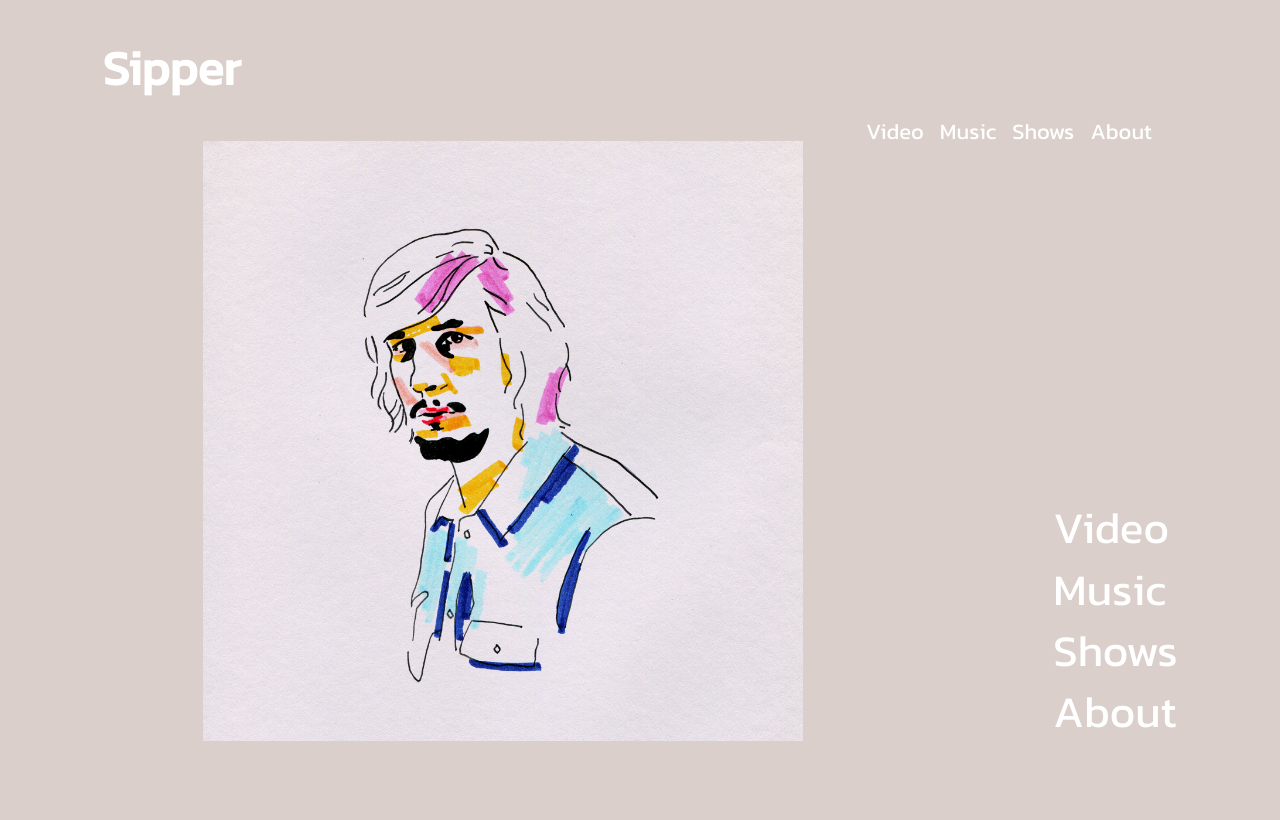
Repository: KrystellBarraza/SipperNYC
Page: home.html
These files come from the project's save history. The page is drawn as it stood at one moment and after the next save; the edit follows.
The browser window is 1280 px wide. The pictures show the whole page.
Some web libraries are served in a nearby version.

Above is the page before, as saved 2019-08-16 23:26:32.

### home.html
<!DOCTYPE html>
    <head>
        <meta charset="utf-8">
        <meta http-equiv="X-UA-Compatible" content="IE=edge">
        <title>Sipper</title>
        <meta name="description" content="Wholesome and intrinsically delicate, SIPPER is an NYC based band who wants nothing more than to make you enjoy whatever they put out.">
        <meta name="viewport" content="width=device-width, initial-scale=1">
        <script src="https://kit.fontawesome.com/0942df55aa.js"></script>
        <script src="https://ajax.googleapis.com/ajax/libs/jquery/3.4.1/jquery.min.js"></script>
        <link rel="stylesheet" href="https://ajax.googleapis.com/ajax/libs/jqueryui/1.12.1/themes/smoothness/jquery-ui.css">
        <script src="https://ajax.googleapis.com/ajax/libs/jqueryui/1.12.1/jquery-ui.min.js"></script>
        <link href="https://fonts.googleapis.com/css?family=Kanit&display=swap" rel="stylesheet">
        <link rel="stylesheet" href="style.css">
        <link rel="stylesheet" href="venobox/venoboxcopy.css" type="text/css" media="screen">
    </head>
    <body>

        <div class="container-home">
            <div class="head">
                <header>
                    <h1><a href="home.html">Sipper</a></h1>

                    <div id="toggleText">
                        <p class="menuToggle Open placeHolder"></p>
                        <p class="menuToggle Close" style="color: #FFF;"></p>
                    </div>

                    <div id="menu">
                        <ul id="hiddenMenu">
                            <li><a href="#video">Video</a></li>
                            <li><a href="#music">Music</a></li>
                            <li><a href="#shows">Shows</a></li>
                            <li><a href="#about">About</a></li>
                        </ul>
                    </div>

                    <div class="inlineMenu">
                        <a href="#video">Video</a>
                        <a href="#music">Music</a>
                        <a href="#shows">Shows</a>
                        <a href="#about">About</a>
                    </div>

                </header>
            </div>

            <div id="menu-container"></div>

            <div class="menu">
                <div class="flexbox-nav">
                    <nav class="side-Nav">
                        <li><a href="#video">Video</a></li>
                        <li><a href="#music">Music</a></li>
                        <li><a href="#shows">Shows</a></li>
                        <li><a href="#about">About</a></li>
                    </nav>
                </div>
            </div>

            <div class="album">
                <img src="images/albumcover.jpg">
            </div>

            <div class="footer"></div>

        </div>

        <script src="app.js" async defer></script>
        <script src="venobox/venobox.mincopy.js" async defer></script>
    </body>
</html>

### style.css
* {
    box-sizing: border-box;
}

html {
    scroll-behavior: smooth;
}

body {
    margin: 0;
    background-color: #dacfca;
}

p, li {
    font-family: 'Kanit', sans-serif;
}

p {
    font-size: 18px;
}

h1 {
    font-family: 'Kanit', sans-serif;
    color: #fff;
    font-size: 48px;
}

a {
    text-decoration: none;
    color: #fff;
}

/* Header */

.container-home {
    display: grid;
    grid-template-columns: repeat(12, 1fr);
    grid-template-rows: auto 2fr 1fr;
    grid-gap: 5px;
    grid-column-gap: 20px;
    padding-left: 8%;
    padding-right: 8%;
    grid-template-areas:
    "h h h h h h h h h h h h"
    "c c c c c c c c c m m m"
    "c c c c c c c c c m m m"
    "c c c c c c c c c m m m"
    "f f f f f f f f f f f f";
}

.head {
    grid-area: h;
}

.inlineMenu {
    font-family: 'Kanit', sans-serif;
    font-size: 22px;
    word-spacing: .5em;
    top: 16%;
    right: 10%;
    position: absolute;
}

@media (min-width: 566px) and (max-width: 569px) {
    .inlineMenu {
        top: 20%;
    }
}

/* Toggled Header Nav */

#toggleText {
    top: 5%;
    right: 10%;
    color: #fff;
    position: absolute;
    z-index: 10;
}

#menu-container {
    background-color: #03262f;
    position: absolute;
    width: 100%;
    left: 0%;
    height: 100vh;
    z-index: 6;
}

#menu {
    background-color: #03262f;
    position: absolute;
    top: 0%;
    left: 0%;
    width: 100%;
    height: 100vh;
    z-index: 7;
}

#hiddenMenu {
    position: absolute;
    top: 30%;
}

p.placeHolder {
    display: none;
}

p.Open:before {
    content: "Menu";
}

p.Close:before {
    content: "Close";
}

ul {
    list-style: none;
}

li {
    font-size: 44px;
    line-height: 46pt;
}

/* Toggled Menu Media Queries */

@media only screen and (max-width: 450px) {
    nav {
        visibility: hidden;
    }
}

@media only screen and (min-width: 450px) {
    #toggleText {
        visibility: hidden;
    }

    #menu {
        visibility: hidden;
    }

    #menu-container {
        visibility: hidden;
    }
}

/* Menu */

.menu {
    grid-area: m;
}

.flexbox-nav {
    display: flex;
    align-items: flex-end;
    justify-content: flex-end;
    margin-top: 356px;
}

.side-nav {
    align-self: flex-end;
    margin-top: 30px;
}

nav > a {
    font-family: 'Kanit', sans-serif;
    color: #fff;
    font-size: 48px;
}

nav > li {
    list-style-type: none;
    padding: 0;
    margin: 0;
}

@media only screen and (max-width: 416px){
    .menu {
        display: none;
    }

    .container-home {
        display: grid;
        grid-template-columns: repeat(12, 1fr);
        grid-template-rows: auto 2fr 1fr;
        grid-gap: 5px;
        padding-left: 8%;
        padding-right: 8%;
        grid-template-areas:
        "h h h h h h h h h h h h"
        "c c c c c c c c c c c c"
        "c c c c c c c c c c c c"
        "c c c c c c c c c c c c"
        "f f f f f f f f f f f f";
    }

    .album > img {
        object-fit: contain;
        width: 100%;
    }

    .inlineMenu {
        display: none;
    }

}

@media (orientation: landscape) and (max-width: 766px) {
    .menu {
        display: none;
    }

    .container-home {
        display: grid;
        grid-template-columns: repeat(12, 1fr);
        grid-template-rows: auto 2fr 1fr;
        grid-gap: 5px;
        padding-left: 8%;
        padding-right: 8%;
        grid-template-areas:
        "h h h h h h h h h h h h"
        "c c c c c c c c c c c c"
        "c c c c c c c c c c c c"
        "c c c c c c c c c c c c"
        "f f f f f f f f f f f f";
    }

    .album > img {
        object-fit: contain;
        width: 100%;
    }
}

/* Album */

.album {
    grid-area: c;
}

.album > img {
    object-fit: contain;
    width: 100%;
    max-height: 600px;
}

/* Footer */

.footer {
    grid-area: f;
    height: 70px;
}

### app.js
$(document).ready(() => {
    $('#toggleText').click(() => {
      $('.menuToggle').toggleClass('placeHolder');
      $('#menu').toggle('slide',{direction:'up'}, 1000);
      $('#menu-container').toggle('fade',{direction: 'down'}, 500);
    });
  });

  $(document).ready(function(){
    $('.venobox').venobox({
        spinner:'three bounce',
        closeBackground: 'transparent'
    });
});

Loaded but not shown: venobox/venobox.mincopy.js (library); venobox/venoboxcopy.css (no copy from this time; the picture is the same without it)

After the next save:
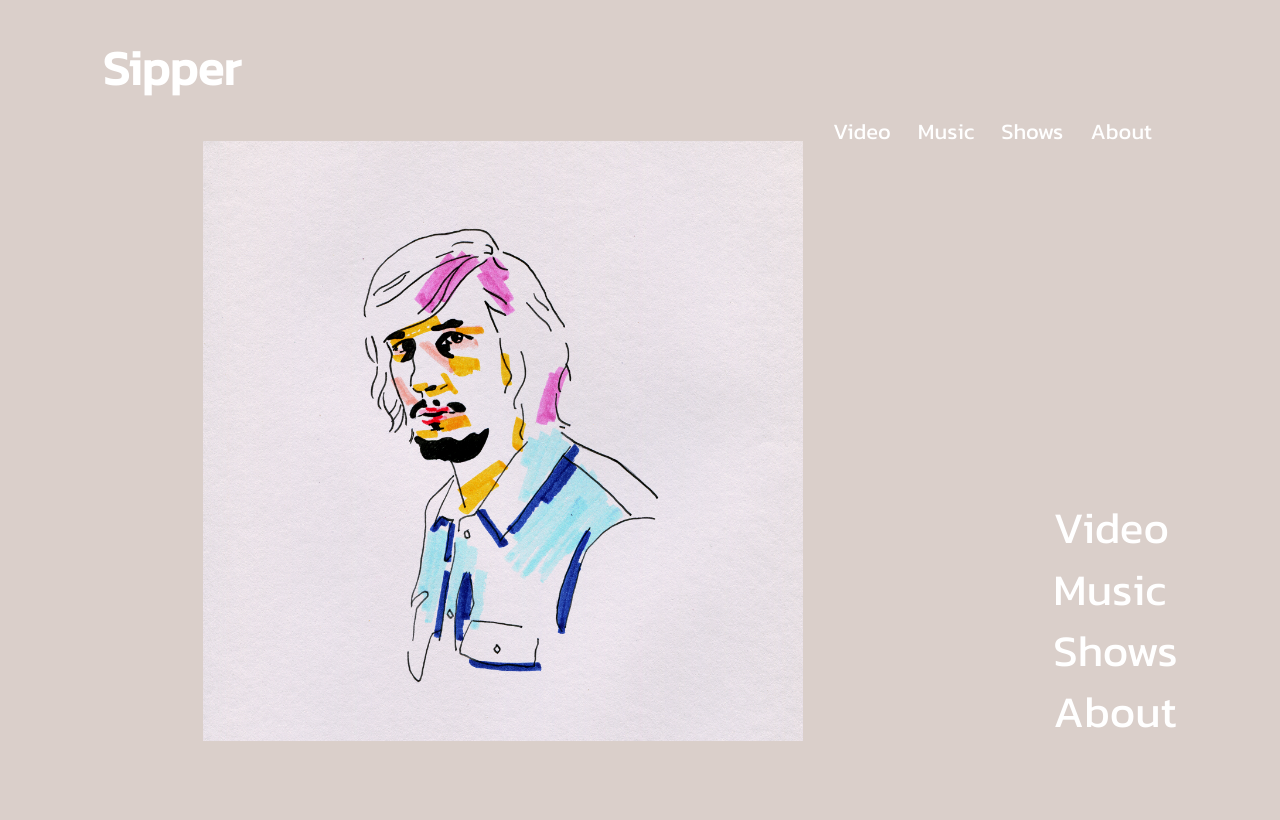
Saved 20 s later.
--- a/style.css
+++ b/style.css
@@ -55,7 +55,7 @@ a {
 .inlineMenu {
     font-family: 'Kanit', sans-serif;
     font-size: 22px;
-    word-spacing: .5em;
+    word-spacing: 1em;
     top: 16%;
     right: 10%;
     position: absolute;
